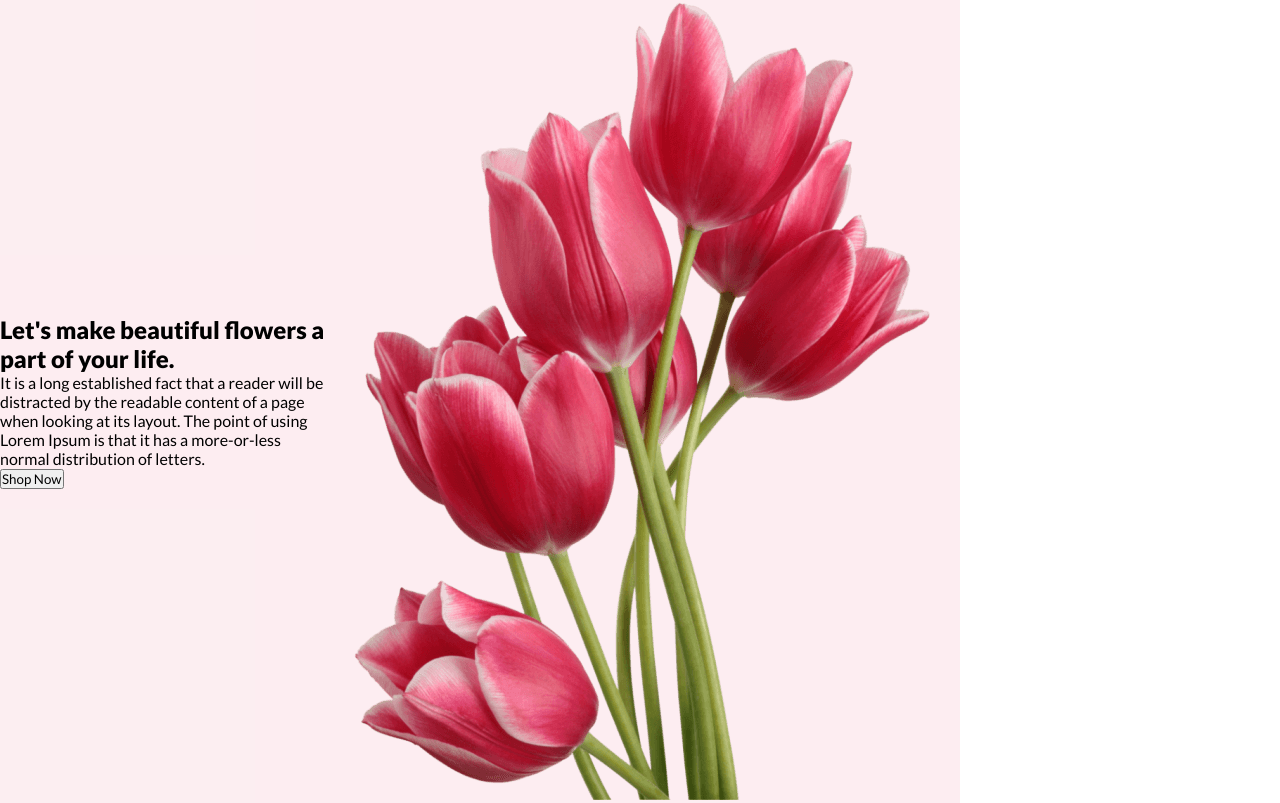
Repository: sumonkumarsarkar/flower-shop
Page: index.html
The author's editor kept a copy of each file at every save. The page is drawn from the files as they stood at one save, then again after the next save.
The browser window is 1280 px wide. The pictures show the whole page.

Above is the page before, as saved 2024-01-07 09:18:38.

After the next save:
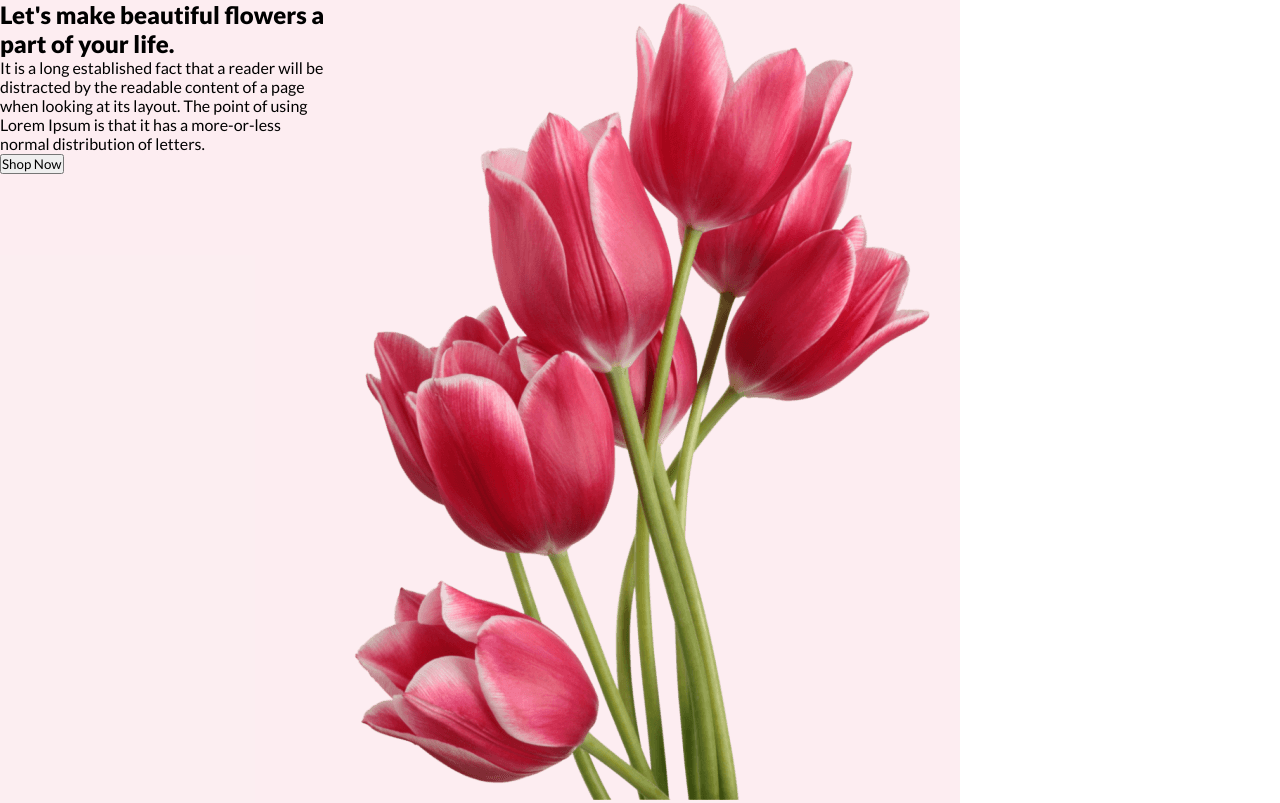
Saved 61 s later.
--- a/css/style.css
+++ b/css/style.css
@@ -13,6 +13,5 @@
 .container .header-container{
     max-width:1080px;
     display: flex;
-    justify-content: space-around;
-    align-items:center;
+
 }
